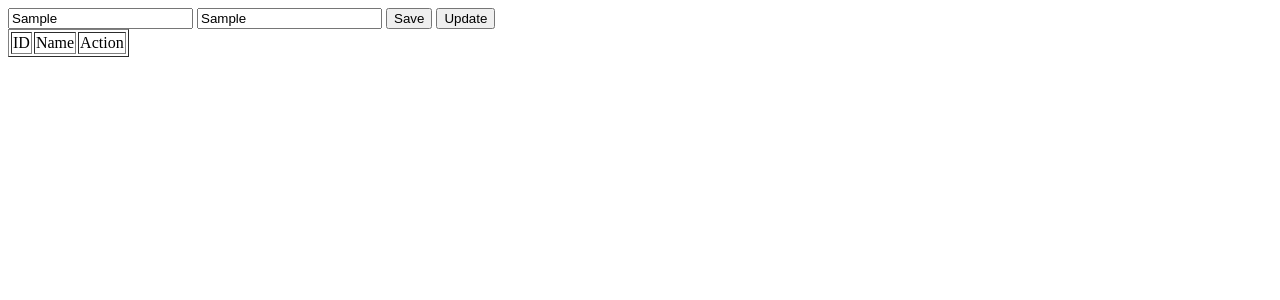
Repository: minhtuan16/JS-Basic
Page: JavaScript Begin/htmldom.html
The author's editor kept a copy of each file at every save. The page is drawn from the files as they stood at one save, then again after the next save.
The browser window is 1280 px wide. The pictures show the whole page.
Empty fields were first filled with sample values (such as "Sample", 5 or name@example.com).
After loading, the first visible `#updateBtn` was clicked once.

Above is the page before, as saved 2022-06-03 20:54:37.
Console error: ReferenceError: update is not defined

### JavaScript Begin/htmldom.html
<!DOCTYPE html>
<html lang="en">
<head>
    <meta charset="UTF-8">
    <meta http-equiv="X-UA-Compatible" content="IE=edge">
    <meta name="viewport" content="width=device-width, initial-scale=1.0">
    <title>Document</title>
</head>
<body>
    <form action="" id="form">
        <input type="text" id="id" value="">
        <input type="text" id="name" value="">
        <button type="button" id="saveBtn" onclick="create()">Save</button>
        <button type="button" id="updateBtn" onclick="update()">Update</button>
    </form>
    <table border="1px">
        <tr>
            <td>ID</td>
            <td>Name</td>
            <td>Action</td>
        </tr>

        <tbody id="tableBody">

        </tbody>
    </table>

    <script>
        var data = [
            {id:1, name:"P1"},
            {id:2, name:"P2"},
            {id:3, name:"P3"}
        ]

        function drawTr(person) {
            var tr = document.createElement("tr");
            var tdId = document.createElement("td");
            var tdName = document.createElement("td");
            var tdOption = document.createElement("td");

            var delBtn = document.createElement("button");
            var editBtn = document.createElement("button");

            delBtn.innerText = 'Delete';
            editBtn.innerText = 'Edit';

            //bat su kien
            delBtn.onclick = function() {
                deletePerson(person.id);
            }

            editBtn.onclick = function() {
                editPerson(id);
            }

            // dung ham nay de bat su kien cung duoc
            // delBtn.addEventListener("click", function() {
            //     deletePerson(person.id);
            // })

            tdOption.appendChild(delBtn); //appendChild la nhet them nut delete vao trong cot
            tdOption.appendChild(editBtn);

            tdId.innerHTML = person.id;
            tdName.innerHTML = person.name;

            tr.appendChild(tdId);
            tr.appendChild(tdName);
            tr.appendChild(tdOption);

            var tableBody = document.getElementById("tableBody");
            tableBody.appendChild(tr);
        }

        function resetDrawTable(persons) {

            var tableBody = document.getElementById("tableBody");
            tableBody.innerHTML = "";

            for(var i = 0; i < persons.length; i++) {
                drawTr(persons[i]);
            }
        }

        //goi ham in ra toan bo mang
        // resetDrawTable(data);

        // doc du lieu tu form ben tren
        function create() {

            var idInput = document.getElementById("id");
            var nameInput = document.getElementById("name");
            // var saveInput = document.getElementById("saveBtn");

            var id = idInput.value;
            var name = nameInput.value;

            var p = {id: id, name: name};

            data.push(p);
            // var data1 = [];
            // data1.push(p);

            resetDrawTable(data);
        }

        function deletePerson(id) {
            // let index = data1.findIndex(p => p.id == id); // loc duoc id
            // data1.splice(index, 1);

            // loc ra person co id khac id muon xoa
            var newData = data.filter(p => p.id != id);

            data = newData;
            resetDrawTable(data)

        }

        function editPerson(id) {

            // tim person co id
            // cach 1
            // var newData = data.filter(x => x.id == id)

            // data = newData

            // resetDrawTable(data)

            // cach 2
            var index = data.findIndex(x => x.id == id);
            let person = data[index];
            console.log(id)
            //day du lieu len form
            var idInput = document.getElementById("id");
            var nameInput = document.getElementById("name");

            idInput.value = person.id
            nameInput.value = person.name
        }
    </script>
</body>
</html>

After the next save:
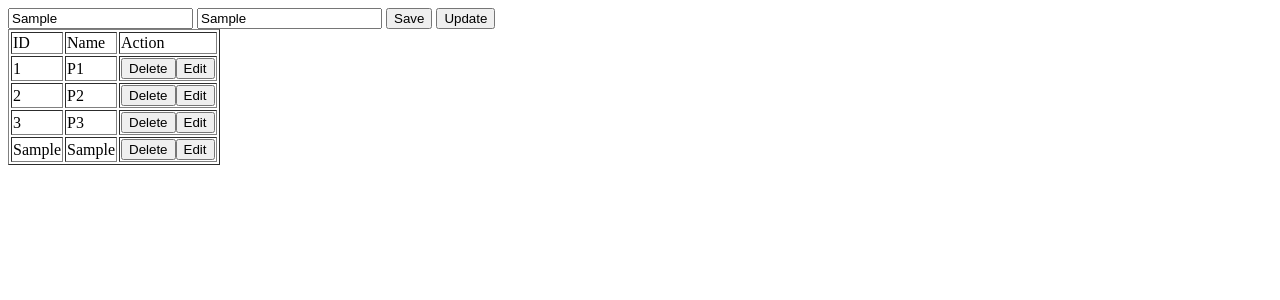
The error is gone.
Saved 33 s later.
--- a/JavaScript Begin/htmldom.html
+++ b/JavaScript Begin/htmldom.html
@@ -129,7 +129,7 @@
             // cach 2
             var index = data.findIndex(x => x.id == id);
             let person = data[index];
-            console.log(id)
+
             //day du lieu len form
             var idInput = document.getElementById("id");
             var nameInput = document.getElementById("name");
@@ -137,6 +137,24 @@
             idInput.value = person.id
             nameInput.value = person.name
         }
+
+        function update() {
+
+            var idInput = document.getElementById("id");
+            var nameInput = document.getElementById("name");
+            // var saveInput = document.getElementById("saveBtn");
+
+            var id = idInput.value;
+            var name = nameInput.value;
+
+            var p = {id: id, name: name};
+
+            data.push(p);
+            // var data1 = [];
+            // data1.push(p);
+
+            resetDrawTable(data);
+        }
     </script>
 </body>
 </html>
